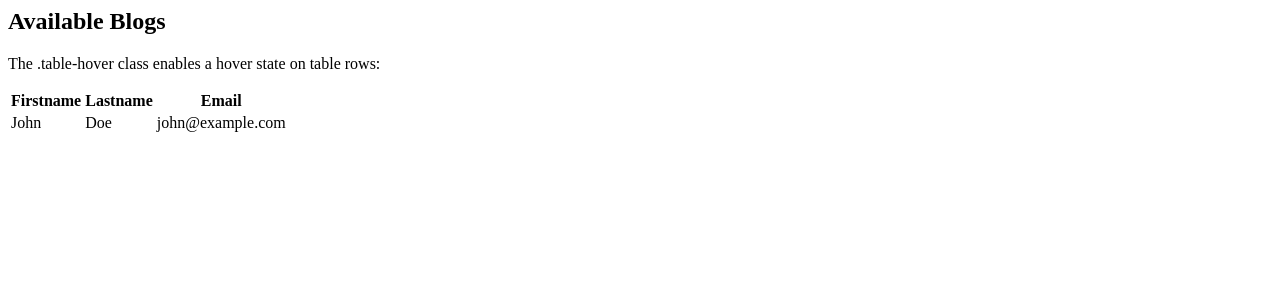
Repository: JamesArul/CLBSiteSTMT
Page: StudentsMeetFrontEnd/WebContent/Blog/BlogViewAll.html
The author's editor kept a copy of each file at every save. The page is drawn from the files as they stood at one save, then again after the next save.
The browser window is 1280 px wide. The pictures show the whole page.

Above is the page before, as saved 2017-06-01 06:31:57.

### StudentsMeetFrontEnd/WebContent/Blog/BlogViewAll.html
<div ng-controller="BlogController as btrl">
<div class="container">
  <h2>Available Blogs</h2>
  <p>The .table-hover class enables a hover state on table rows:</p>
  <table class="table table-hover table-bordered">
    <thead>
      <tr>
        <th>Firstname</th>
        <th>Lastname</th>
        <th>Email</th>
      </tr>
    </thead>
    <tbody>
      <tr>
        <td>John</td>
        <td>Doe</td>
        <td>john@example.com</td>
      </tr>
    </tbody>
  </table>
</div>
</div>

After the next save:
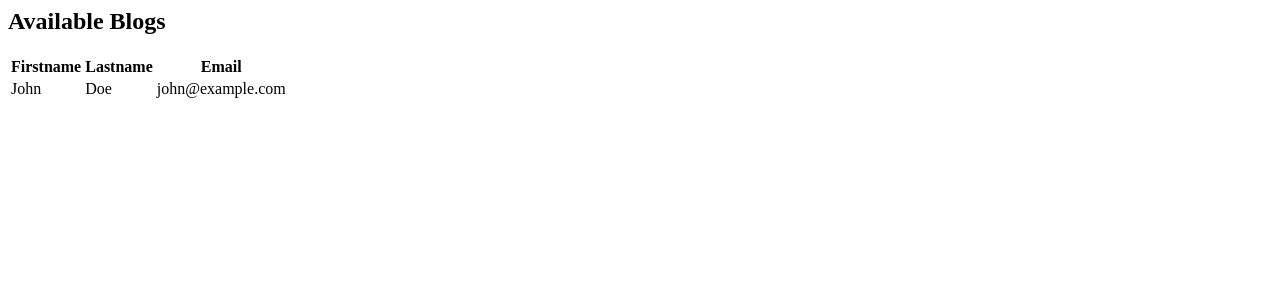
Saved 7 s later.
--- a/StudentsMeetFrontEnd/WebContent/Blog/BlogViewAll.html
+++ b/StudentsMeetFrontEnd/WebContent/Blog/BlogViewAll.html
@@ -1,7 +1,6 @@
 <div ng-controller="BlogController as btrl">
 <div class="container">
   <h2>Available Blogs</h2>
-  <p>The .table-hover class enables a hover state on table rows:</p>
   <table class="table table-hover table-bordered">
     <thead>
       <tr>
